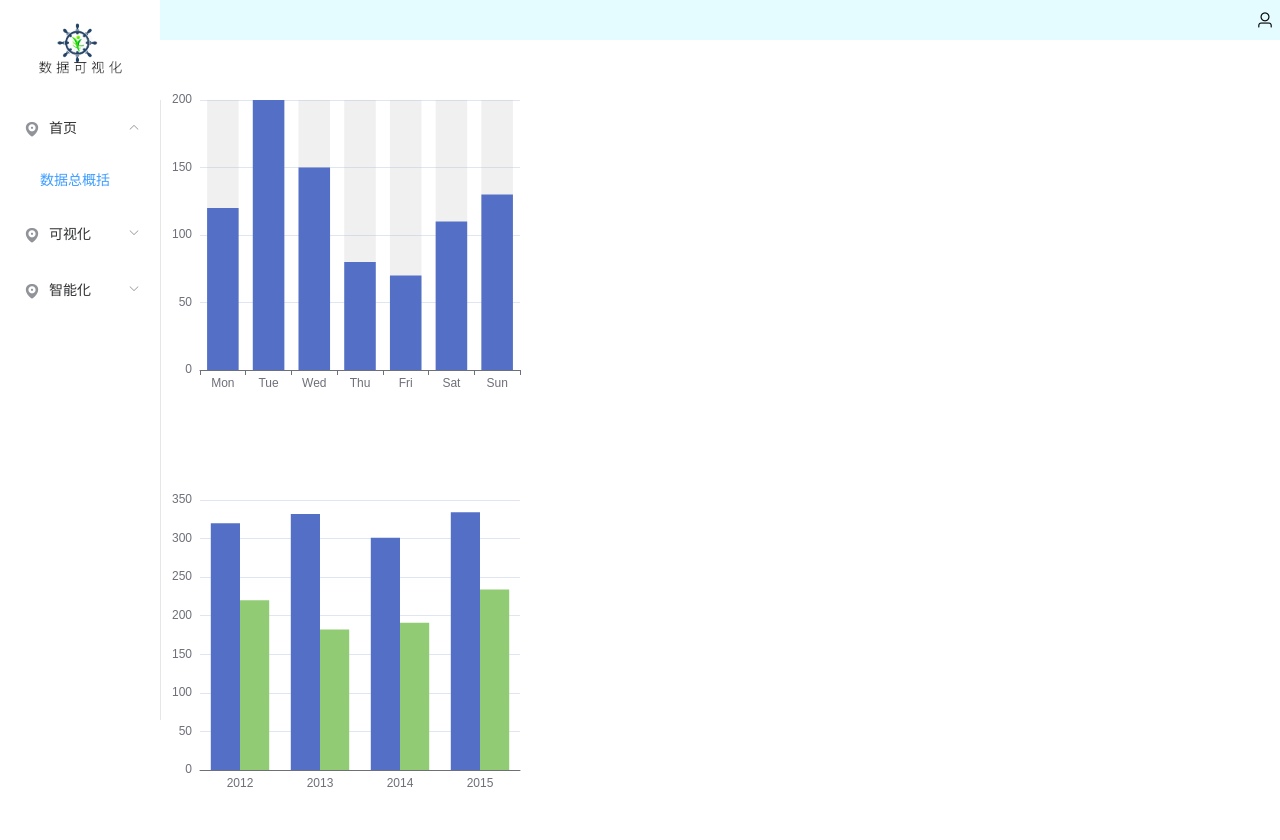
Repository: FoSuCloud/lianjia-vue
Page: /#/home/list
These files come from the project's save history. The page is drawn as it stood at one moment and after the next save; the edit follows.
The browser window is 1280 px wide. The pictures show the whole page.
The project was rebuilt for these pictures with package versions that can differ from the ones it lists, and the page was loaded fresh each time. Also part of the build but not shown: vue.config.js.

Above is the page before, as saved 2021-03-27 21:39:32.

After the next save:
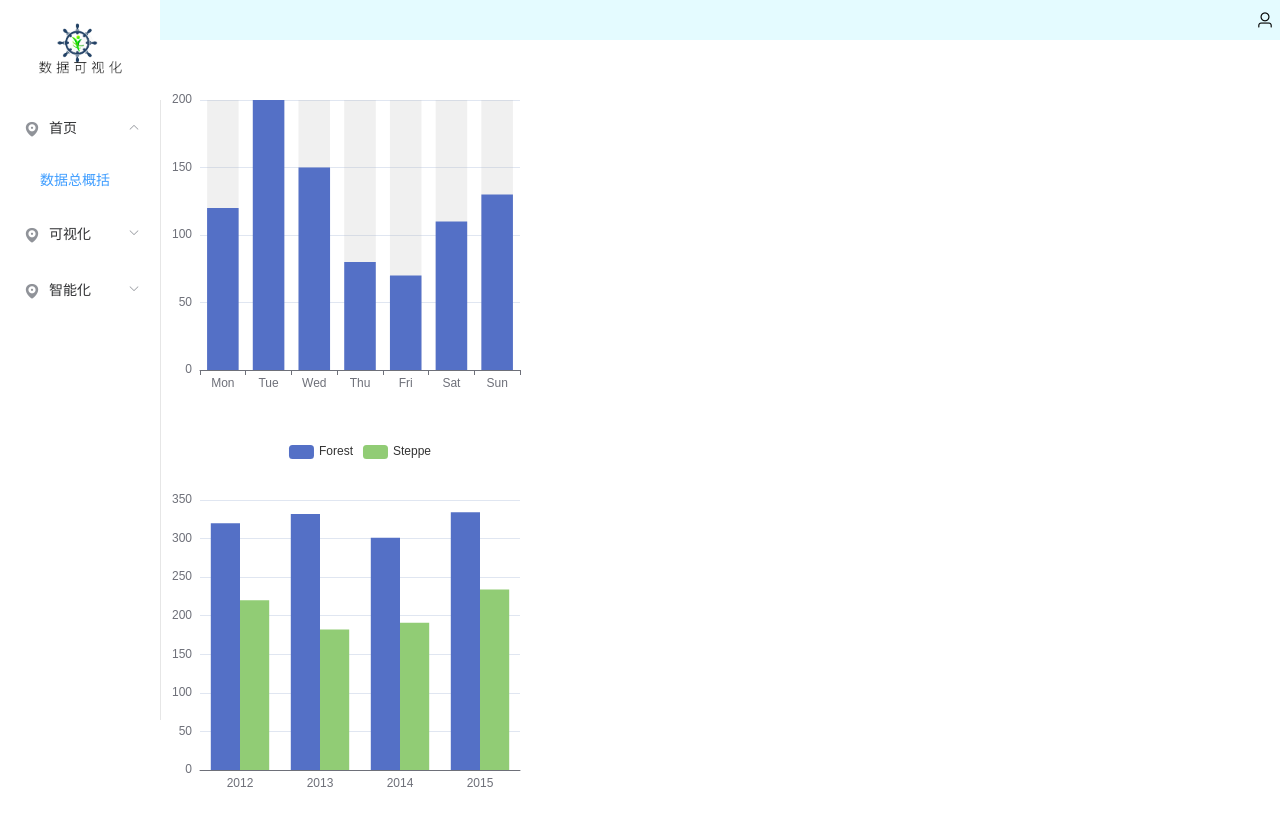
Saved 3 min 39 s later.
--- a/src/main.js
+++ b/src/main.js
@@ -16,7 +16,8 @@ import {
 import {
     TitleComponent,
     TooltipComponent,
-    GridComponent
+    GridComponent,
+    LegendComponent
 } from 'echarts/components';
 // 引入 Canvas 渲染器，注意引入 CanvasRenderer 或者 SVGRenderer 是必须的一步
 import {
@@ -25,7 +26,7 @@ import {
 
 // 注册必须的组件
 echarts.use(
-    [TitleComponent, TooltipComponent, GridComponent, BarChart, CanvasRenderer]
+    [TitleComponent, TooltipComponent, GridComponent, LegendComponent, BarChart, CanvasRenderer]
 );
 //vue全局注入
 Vue.prototype.$echarts = echarts
